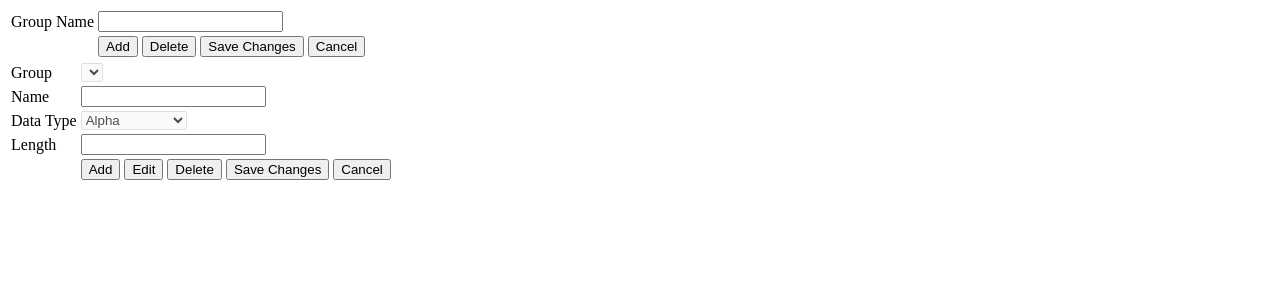
Repository: joliest/MyGits
Page: http://localhost/MiniTracker/Attribute.jsp
The author's editor kept a copy of each file at every save. The page is drawn from the files as they stood at one save, then again after the next save.
The browser window is 1280 px wide. The pictures show the whole page.
Some web libraries are served in a nearby version. The page is served by Tomcat 9. Queries for data that is not in the repository find no rows.

Above is the page before, as saved 2017-10-27 12:53:40.

After the next save:
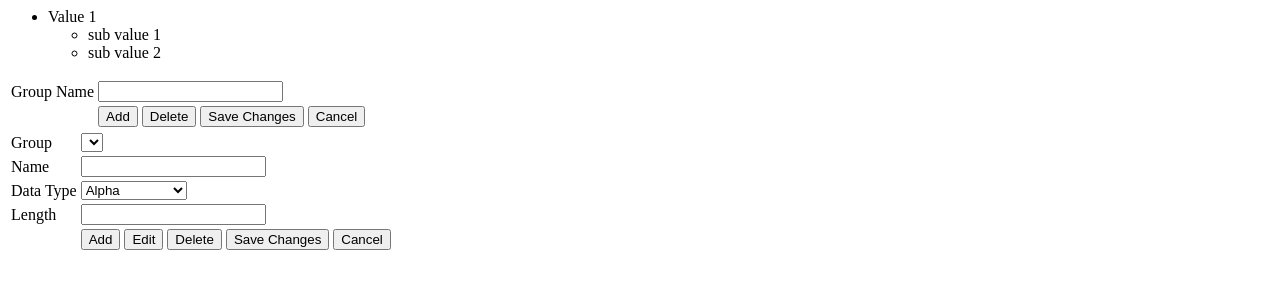
Console error: SyntaxError: Unexpected token ')'
Saved 3 min 29 s later.
--- a/Java/Project_JIRA/MiniTracker/WebContent/js/Attribute.js
+++ b/Java/Project_JIRA/MiniTracker/WebContent/js/Attribute.js
@@ -35,6 +35,10 @@
 		getAttributeInfo("getLength","#attribLength");
 	})
 
+	$(this).on("dblclick", "li", function() {
+
+	})
+
 	function getAttributeInfo(category, elementId) {
 		$.post(attributeController, { category : category, attributeId : attributeId }, function(data, status){
 			$(elementId).val(data);
@@ -66,7 +70,7 @@
 					loadAttributePage();
 					clearTextFields()
 				})
-	})
+	}))
 
 	$("#addAttributeGroup").click(function(){
 

After the 3 saves that followed:
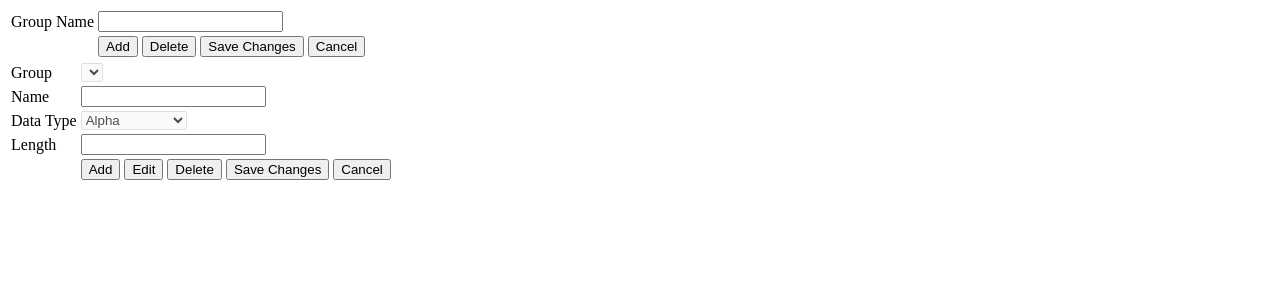
The error is gone.
The 3 saves are shown as one change because 2 left the picture as it was.
The last was saved 2 min 13 s later.
--- a/Java/Project_JIRA/MiniTracker/WebContent/js/Attribute.js
+++ b/Java/Project_JIRA/MiniTracker/WebContent/js/Attribute.js
@@ -35,10 +35,6 @@
 		getAttributeInfo("getLength","#attribLength");
 	})
 
-	$(this).on("dblclick", "li", function() {
-
-	})
-
 	function getAttributeInfo(category, elementId) {
 		$.post(attributeController, { category : category, attributeId : attributeId }, function(data, status){
 			$(elementId).val(data);
@@ -70,7 +66,7 @@
 					loadAttributePage();
 					clearTextFields()
 				})
-	}))
+	})
 
 	$("#addAttributeGroup").click(function(){
 
@@ -117,7 +113,7 @@
 	}
 
 	function disableTextFields() {
-		$("input").attr("readonly", true);
+		$(":text").attr("readonly", true);
 		$("select").attr("disabled", "disabled");
 		$("select").css("color", "black");
 
